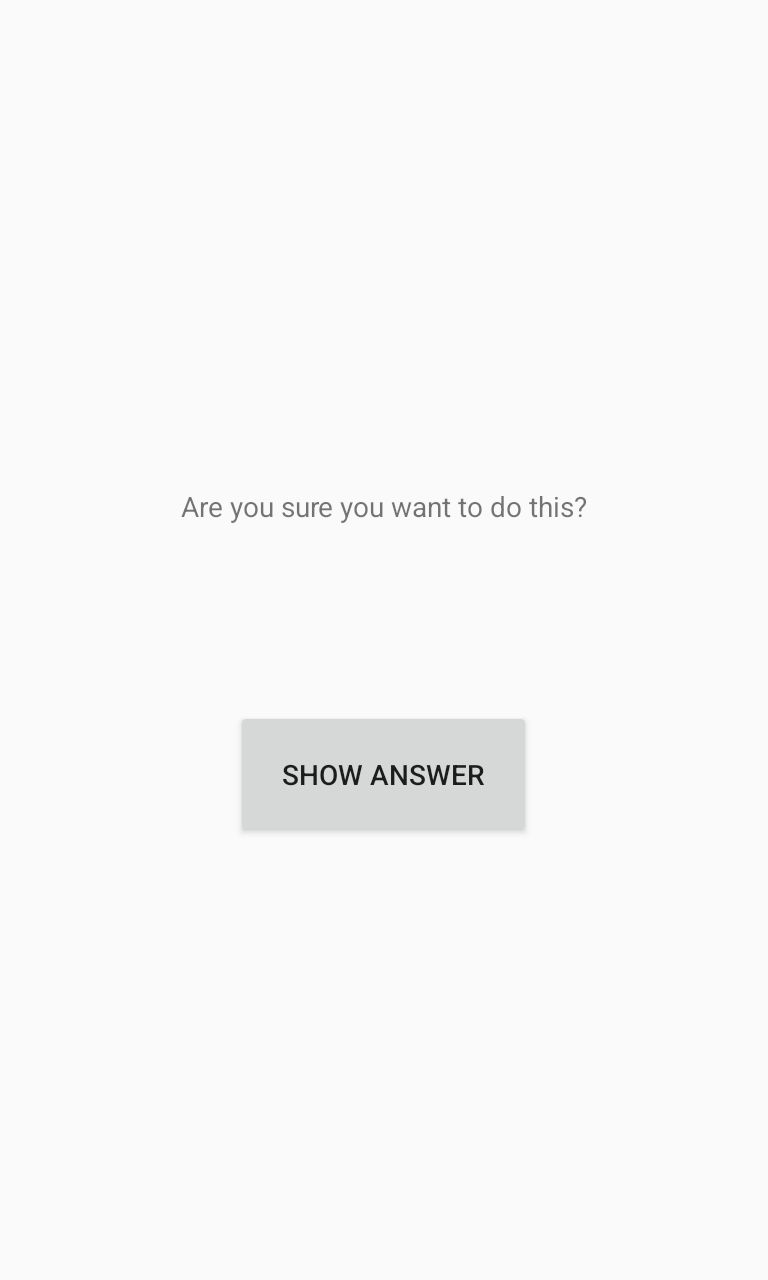
Repository: Jeedan/learning-android-apps
Layout: GeoQuiz/res/layout/activity_cheat.xml
The author's editor kept a copy of each file at every save. The layout is drawn from the files as they stood at one save, then again after the next save.
It is drawn on a 768 x 1280 px phone screen (xhdpi) without system bars, with theme AppTheme; the app's code is not run.

Above is the layout before, as saved 2014-10-16 09:48:18.

### GeoQuiz/res/layout/activity_cheat.xml
<LinearLayout xmlns:android="http://schemas.android.com/apk/res/android"
    android:layout_width="match_parent"
    android:layout_height="match_parent"
    android:orientation="vertical"
    android:gravity="center">

   	<TextView
   	    android:layout_width="wrap_content"
   	    android:layout_height="wrap_content"
   	    android:padding="24dp"
   	    android:text="@string/warning_text"/>

	<TextView
	    android:id="@+id/answerTextView"
   	    android:layout_width="wrap_content"
   	    android:layout_height="wrap_content"
   	    android:padding="24dp" />

	<Button
	    android:id="@+id/showAnswerButton"
   	    android:layout_width="wrap_content"
   	    android:layout_height="wrap_content"
   	    android:padding="24dp"
   	    android:text="@string/show_answer_button" />

</LinearLayout>

### GeoQuiz/res/values/strings.xml
<?xml version="1.0" encoding="utf-8"?>
<resources>

    <!-- Quiz Activity -->
    <string name="app_name">GeoQuiz</string>
    <string name="action_settings">Settings</string>

    <!-- TextViews -->
    <string name="question_oceans">The Pacific Ocean is larger than the Atlantic Ocean.</string>
    <string name="question_mideast">The Suez Canal connects the Red Sea and the Indian Ocean.</string>
    <string name="question_africa">The source of the Nile River is in Egypt.</string>
    <string name="question_americas">The Amazon River is the longest river in the Americas.</string>
    <string name="question_asia">Lake Baikal is the world\'s oldest and deepest freshwater lake.</string>

    <!-- Buttons -->
    <string name="true_button">True</string>
    <string name="false_button">False</string>
    <string name="next_button">Next</string>
    <string name="previous_button">Prev</string>

    <!-- Toasts -->
    <string name="correct_toast">Correct!</string>
    <string name="incorrect_toast">Incorrect!</string>
    <string name="no_more_previous_toast">This is the first question.</string>
    <string name="title_activity_cheat">CheatActivity</string>
    <string name="hello_world">Hello world!</string>


    <!-- Cheat Activity -->

    <!-- TextViews -->
    <string name="warning_text">Are you sure you want to do this?</string>

    <!-- Buttons -->
    <string name="cheat_button">Cheat!</string>
    <string name="show_answer_button">Show Answer</string>

    <!-- Toasts -->
    <string name="judgment_toast">Cheating is wrong.</string>

</resources>

Loaded but not shown: GeoQuiz/res/values/styles.xml (common file); GeoQuiz/res/values-v11/styles.xml (common file); GeoQuiz/res/values-v14/styles.xml (common file)

After the next save:
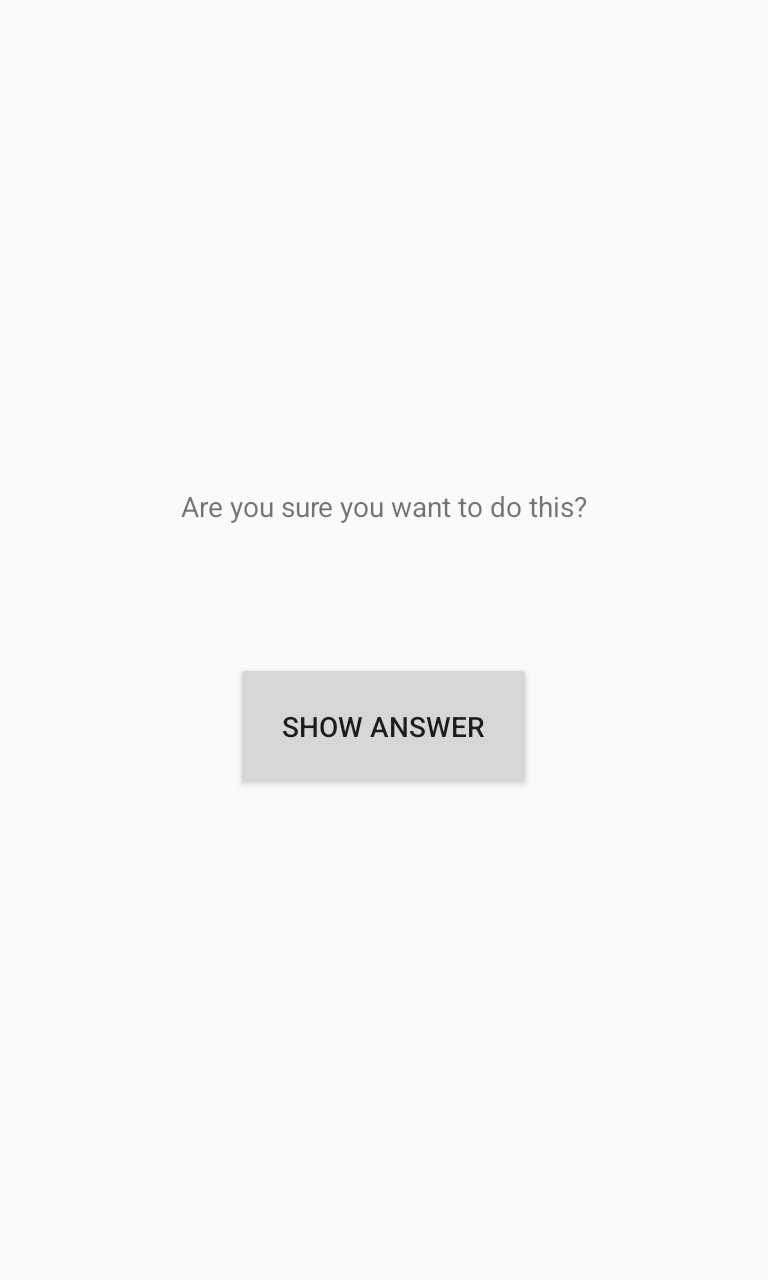
Saved 31 s later.
--- a/GeoQuiz/res/layout/activity_cheat.xml
+++ b/GeoQuiz/res/layout/activity_cheat.xml
@@ -7,7 +7,6 @@
    	<TextView
    	    android:layout_width="wrap_content"
    	    android:layout_height="wrap_content"
-   	    android:padding="24dp"
    	    android:text="@string/warning_text"/>
 
 	<TextView
